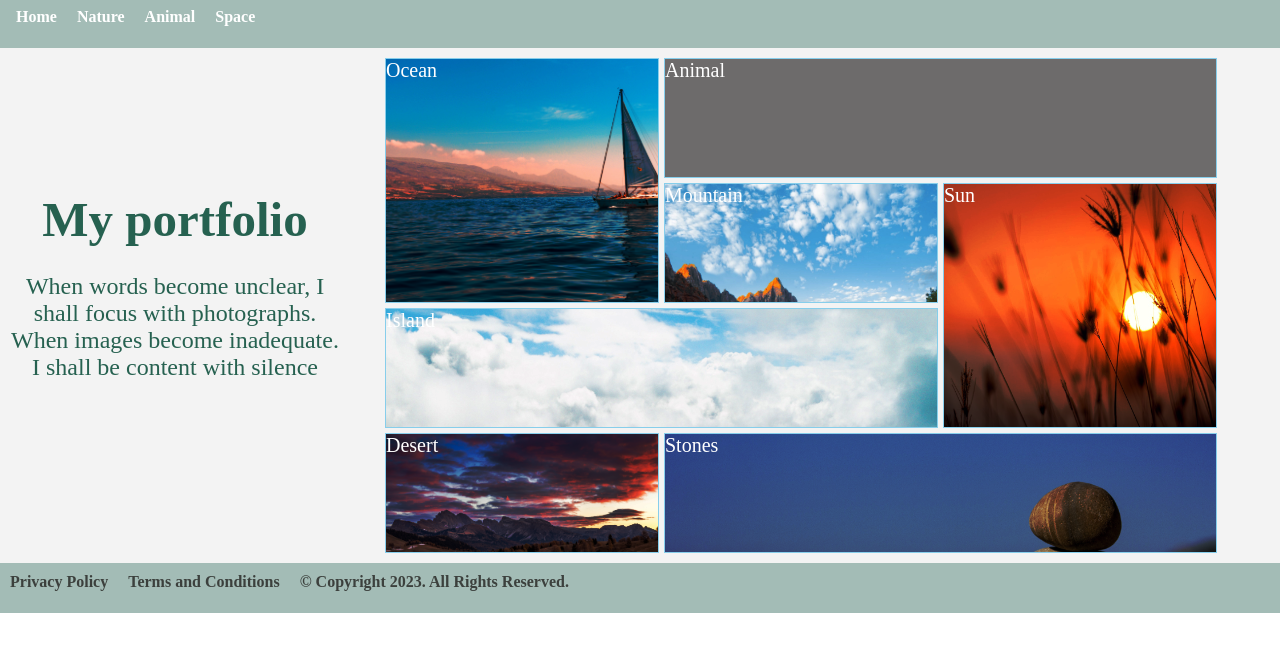
Repository: suraj-yadav7/03_Gallery_Portfolio
Page: index.html
An editor plug-in stored every save of this project. The page is shown before and after the next save, followed by the edit.
The browser window is 1280 px wide. The pictures show the whole page.
Pictures or frames that could not be fetched are drawn as grey boxes. Some web fonts or font styles are not loaded; a fallback is used.

Above is the page before, as saved 2023-02-14 22:04:02.

After the next save:
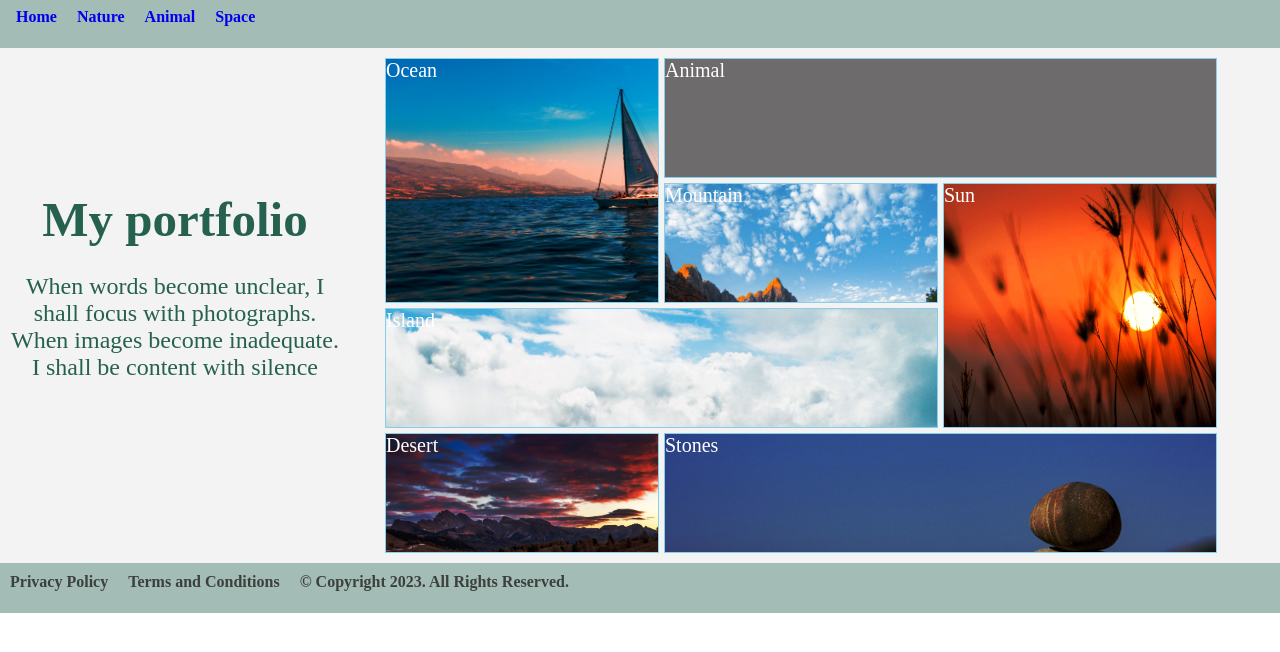
Saved 67 s later.
--- a/style.css
+++ b/style.css
@@ -20,7 +20,7 @@
 
 a{
     text-decoration: none;
-    color: rgb(255, 255, 255);
+
 
 
 }
@@ -45,6 +45,7 @@ a{
     list-style: none;
     margin-top: -0.5rem;
     color: #3C403D;
+
 
 }
 a:hover{
